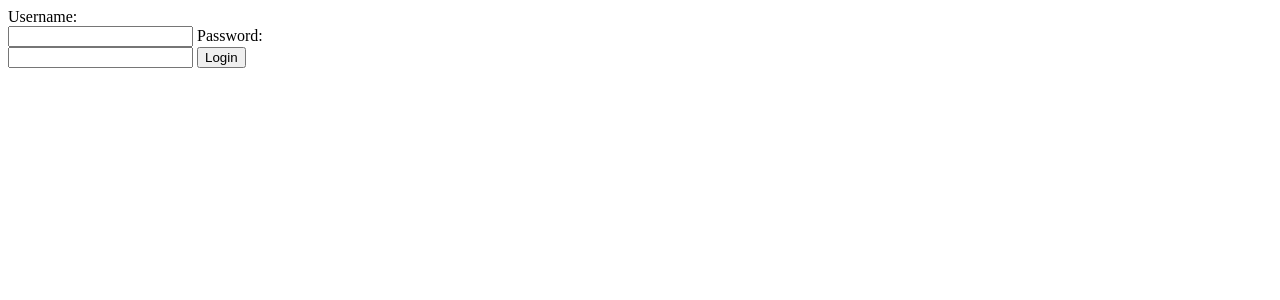
Repository: niksm96/ServletPro
Page: LoginRegistrationApp/WebContent/Index.html
These files come from the project's save history. The page is drawn as it stood at one moment and after the next save; the edit follows.
The browser window is 1280 px wide. The pictures show the whole page.

Above is the page before, as saved 2019-01-22 07:03:15.

After the next save:
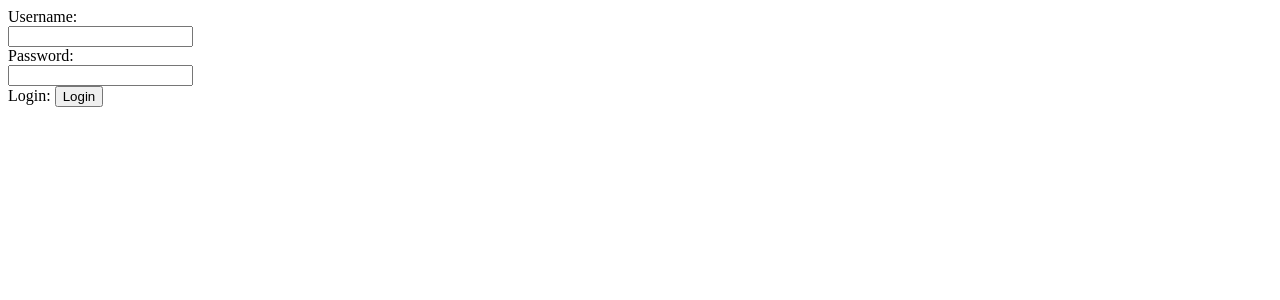
Saved 36 s later.
--- a/LoginRegistrationApp/WebContent/Index.html
+++ b/LoginRegistrationApp/WebContent/Index.html
@@ -7,9 +7,10 @@
 <body>
 <form action="login" method="post">
 Username:<br>
-<input type="text" name="username">
+<input type="text" name="username"><br>
 Password:<br>
-<input type="text" name="password">
+<input type="text" name="password"><br>
+Login:
 <button type="submit" value="login">Login</button>
 </form>
 </body>
